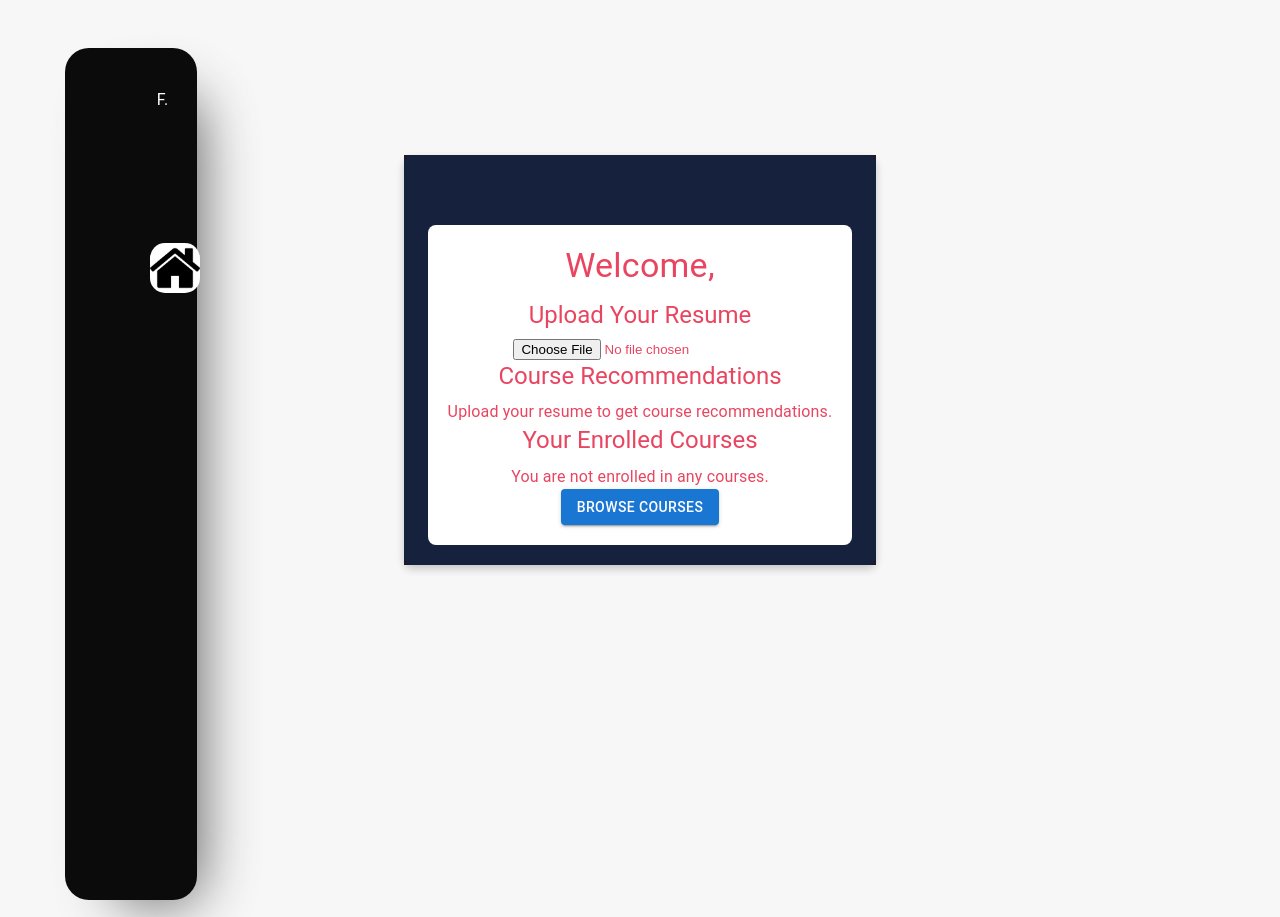
Repository: jvt2/OnlineCourseApp
Page: /dashboard
These files come from the project's save history. The page is drawn as it stood at one moment and after the next save; the edit follows.
The browser window is 1280 px wide. The pictures show the whole page.
The page's requests for data from a server got no answer. The project was rebuilt for these pictures with package versions that can differ from the ones it lists, and the page was loaded fresh each time. No one was signed in, and anything a server would have sent is missing. Also part of the build but not shown: src/features/auth/Register.js, src/features/auth/Login.js, src/features/courses/ResumeUpload.js, src/features/courses/CourseRecommendations.js, src/components/common/MyModal.js, src/features/courses/CourseCatalog.js, src/features/courses/CourseDetail.js, src/components/common/Navbar.js and 3 more. Imported but missing from the stored project, and not drawn on this page: src/app/reportWebVitals.

Above is the page before, as saved 2024-07-14 21:31:21.

### src/index.js
import React from 'react';
import ReactDOM from 'react-dom/client';
import { Provider } from 'react-redux';
import store from './redux/store';
import './index.css';
import App from './app/App';
import reportWebVitals from './app/reportWebVitals';

const root = ReactDOM.createRoot(document.getElementById('root'));
root.render(
  <React.StrictMode>
    <App />
  </React.StrictMode>
);

// If you want to start measuring performance in your app, pass a function
// to log results (for example: reportWebVitals(console.log))
// or send to an analytics endpoint. Learn more: https://bit.ly/CRA-vitals
reportWebVitals();

### src/redux/store.js
// src/redux/store.js

import { configureStore } from '@reduxjs/toolkit';
import userReducer from './userReducer';

const store = configureStore({
  reducer: {
    user: userReducer,
  },
});

export default store;

### src/app/App.js
import { BrowserRouter as Router, Route, Routes } from 'react-router-dom';
import React, { useState } from 'react';
import logo from '../logo.svg';
import './App.css';
import Register from '../features/auth/Register';
import Login from '../features/auth/Login';
import CourseCatalog from '../features/courses/CourseCatalog';
import CourseDetail from '../features/courses/CourseDetail';
import UserDashboard from '../features/dashboard/Dashboard';
import Navbar from '../components/common/Navbar';
import { Provider } from 'react-redux';
import store from '../redux/store'; // import your Redux store here
import Logout from '../features/auth/Logout'; // Import the Logout component
import Chatbot from '../features/chatbot/Chatbot';
import CourseRecommendations from '../features/courses/CourseRecommendations';
import axios from 'axios';
import ResumeUpload from '../features/courses/ResumeUpload';
import LandingPage from '../components/common/LandingPage';

function App() {
  const [loggedIn, setLoggedIn] = useState(false);
  const [users, setUsers] = useState([]);
  const [currentUser, setCurrentUser] = useState(null);
  const [recommendations, setRecommendations] = useState([]);

  const handleResumeUpload = (newRecommendations) => {
    console.log('New Recommendations:', newRecommendations);
    setRecommendations(newRecommendations);
  };

  const [courses, setCourses] = useState([
    {id: 1, name: 'Course 1', description: 'This is course 1'},
    {id: 2, name: 'Course 2', description: 'This is course 2'}
  ]);

  const handleRegister = async (username, password) => {
    try {
      const response = await axios.post('http://localhost:3001/register', { username, password });
      alert(response.data.message);
      // Log in the new user if registration is successful
      handleLogin(username, password);
    } catch (error) {
      alert(error.response.data.message);
    }
  };

  const handleLogin = async (username, password) => {
    try {
      const response = await axios.post('http://localhost:3001/login', { username, password });
      localStorage.setItem('token', response.data.token);
      setLoggedIn(true);
      setCurrentUser({ username });
    } catch (error) {
      alert('Login failed. Please check your username and password.');
    }
  };

  const handleEnroll = async (course) => {
    try {
      const token = localStorage.getItem('token');
      await axios.post('http://localhost:3001/enroll', { courseId: course.id }, {
        headers: { 'Authorization': `Bearer ${token}` }
      });
      setEnrolledCourses([...enrolledCourses, course]);
    } catch (error) {
      console.error('Enrollment failed', error);
    }
  };

  const [enrolledCourses, setEnrolledCourses] = useState([]);
  const [isModalOpen, setIsModalOpen] = useState(false);

  const handleSelectRecommendation = (recommendation) => {
    const newCourse = {
      id: courses.length + 1,
      name: recommendation.text,
      description: 'This is a recommended course based on your resume.'
    };

    setCourses([...courses, newCourse]);
    setEnrolledCourses([...enrolledCourses, newCourse]);
    setIsModalOpen(false);
  };

  return (
    <Provider store={store}>
      <Router>
        <div className="App">
          <Routes>
            <Route path="/" element={<LandingPage />} />
            <Route path="/register" element={<Register />} />
            <Route path="/login" element={<Login />} />
            <Route path="/dashboard" element={<UserDashboard />} /> {/* Added this line */}
          </Routes>
        </div>
      </Router>
    </Provider>
  );
}

export default App;

### src/redux/userReducer.js
// src/redux/userReducer.js
// src/redux/userReducer.js
import { createSlice } from '@reduxjs/toolkit';

const initialState = {
  id: null,
  email: null,
  token: null,
};

const userSlice = createSlice({
  name: 'user',
  initialState,
  reducers: {
    logIn(state, action) {
      state.id = action.payload.id;
      state.email = action.payload.email;
      state.token = action.payload.token;
    },
    logOut(state) {
      state.id = null;
      state.email = null;
      state.token = null;
    },
  },
});

export const { logIn, logOut } = userSlice.actions;
export default userSlice.reducer;

### src/app/App.css
/* App.css */
:root {
  --primary-bg-color: #1E1E2F;
  --secondary-bg-color: #282840;
  --primary-text-color: #F5F5F5;
  --link-color: #61dafb;
  --accent-color: #FF6B6B;
  --navbar-height: 4rem;
  --content-padding: 20px;
  --border-radius: 8px;
  --transition-duration: 0.3s;
  --gradient-bg-color: linear-gradient(120deg, #84fab0 0%, #8fd3f4 100%);
}

.App {
  text-align: center;
  font-family: 'Arial', sans-serif;
  background-color: var(--primary-bg-color);
}

.App-logo {
  height: 40vmin;
  pointer-events: none;
  filter: drop-shadow(0 0 10px var(--accent-color));
}

.App-header {
  background-color: var(--secondary-bg-color);
  min-height: 100vh;
  display: flex;
  flex-direction: column;
  align-items: center;
  justify-content: center;
  font-size: calc(10px + 2vmin);
  color: var(--primary-text-color);
  border-bottom-left-radius: var(--border-radius);
  border-bottom-right-radius: var(--border-radius);
}

.App-link {
  color: var(--link-color);
  transition: color var(--transition-duration);
}

.App-link:hover {
  color: var(--accent-color);
}

@media (prefers-reduced-motion: no-preference) {
  .App-logo {
    animation: App-logo-spin infinite 20s linear;
  }
}

@keyframes App-logo-spin {
  from {
    transform: rotate(0deg);
  }
  to {
    transform: rotate(360deg);
  }
}

.site-navbar {
  display: flex;
  align-items: center;
  background: var(--gradient-bg-color);
  padding: 10px 20px;
  height: var(--navbar-height);
  font-weight: 500;
  box-shadow: 0 4px 6px rgba(0, 0, 0, 0.1);
}

.navbar-nav {
  display: flex;
  align-items: center;
  list-style: none;
  margin: 0;
  padding: 0;
  flex-grow: 1;
  justify-content: center;
}

.nav-item {
  display: flex;
  align-items: center;
  justify-content: center;
  text-decoration: none;
  color: var(--primary-text-color);
  padding: 15px 25px;
  transition: all 0.3s ease-in-out;
  border-radius: var(--border-radius);
  position: relative;
}

.nav-item:before {
  content: '';
  position: absolute;
  top: 0;
  left: 0;
  width: 0;
  height: 100%;
  background: var(--accent-color);
  border-radius: var(--border-radius);
  transition: width 0.3s ease-in-out;
  z-index: -1;
}

.nav-item:hover:before {
  width: 100%;
}

.nav-item:hover {
  color: var(--secondary-bg-color);
  box-shadow: 0 4px 8px rgba(0, 0, 0, 0.2);
  text-decoration: none;
}

.navbar-brand {
  margin-right: auto;
  color: var(--primary-text-color);
  font-size: 1.5em;
  font-weight: bold;
}

.App-content {
  padding: var(--content-padding);
  color: var(--primary-text-color);
}

.App-footer {
  text-align: center;
  padding: var(--content-padding);
  background-color: var(--secondary-bg-color);
  color: var(--primary-text-color);
  box-shadow: 0 -4px 6px rgba(0, 0, 0, 0.1);
}

.course-recommendations {
  width: 80%;
  margin: auto;
  background: #f9f9f9;
  padding: 20px;
  border-radius: 5px;
  box-shadow: 0px 0px 10px rgba(0, 0, 0, 0.1);
}

.course-recommendations h2 {
  text-align: center;
  color: #333;
}

.course-recommendations .course {
  padding: 10px 0;
  border-bottom: 1px solid #eee;
}

.course-recommendations .course:last-child {
  border-bottom: none;
}

.course-recommendations .course button {
  margin-left: 10px;
}

body {
  background-color: #1a1a2e;
  color: #e94560;
}

.MuiContainer-root {
  background-color: #16213e;
  border-radius: 8px;
  padding: 20px;
  box-shadow: 0 4px 8px rgba(0, 0, 0, 0.2);
}

.customTextField .MuiInputBase-input {
  color: #fff;
  background-color: rgba(255, 255, 255, 0.1);
}

.customTextField .MuiInputLabel-root {
  color: rgba(255, 255, 255, 0.7);
}

.customTextField .MuiInputLabel-root.Mui-focused {
  color: #fff;
}

.customTextField .MuiOutlinedInput-root {
  &.Mui-focused .MuiOutlinedInput-notchedOutline {
    border-color: #fff;
  }
  & .MuiOutlinedInput-notchedOutline {
    border-color: rgba(255, 255, 255, 0.5);
  }
}

### src/features/auth/Logout.js
// Logout.js
import { useEffect } from 'react';
import { useDispatch } from 'react-redux';
import { useNavigate } from 'react-router-dom';
import { logOut } from '../../redux/reducers/userslice'; // Import the logOut action

function Logout() {
  const navigate = useNavigate();
  const dispatch = useDispatch();

  useEffect(() => {
    localStorage.removeItem('token'); // Remove the token from local storage
    dispatch(logOut()); // Dispatch the logOut action
    navigate('/login'); // Navigate to the login page
  }, [dispatch, navigate]);

  return null;
}

export default Logout;

### src/components/common/LandingPage.css
body {
    display: flex;
    justify-content: center;
    align-items: center;
    height: 100vh;
    background-color: #f7f7f7;
    margin: 0;
    font-family: 'Roboto', sans-serif;
  }

  .sign-in-container {
    display: flex;
    justify-content: center;
    align-items: center;
    height: 100%;
    width: 100%;
  }

  .sign-in-form {
    background-color: white;
    padding: 60px;
    border-radius: 10px;
    box-shadow: 0 4px 8px rgba(0, 0, 0, 0.1);
    text-align: center;
    max-width: 600px;
    width: 90%;
  }

  .logo {
    width: 200px;
    height: 200px;
    margin-bottom: 30px;
    background-color: white;
    border-radius: 10px;
  }

  h1 {
    margin: 0;
    font-size: 32px;
    font-weight: 700;
  }

  .subtitle {
    margin: 10px 0;
    color: #555;
    font-size: 18px;
  }

  .google-sign-in {
    background-color: #ffffff;
    color: #000;
    border: 1px solid #ccc;
    padding: 15px;
    width: 100%;
    border-radius: 5px;
    margin-bottom: 30px;
    display: flex;
    justify-content: center;
    align-items: center;
    cursor: pointer;
    font-size: 18px;
    font-weight: 500;
    transition: background-color 0.3s;
  }

  .google-sign-in:hover {
    background-color: #f0f0f0;
  }

  .google-logo {
    width: 25px;
    margin-right: 10px;
  }

  .separator {
    display: flex;
    align-items: center;
    text-align: center;
    margin: 30px 0;
    color: #aaa;
    font-size: 18px;
  }

  .separator::before,
  .separator::after {
    content: '';
    flex: 1;
    border-bottom: 1px solid #ccc;
  }

  .separator:not(:empty)::before {
    margin-right: .5em;
  }

  .separator:not(:empty)::after {
    margin-left: .5em;
  }

  .email-input,
  .password-input {
    width: 100%;
    padding: 15px;
    margin-bottom: 30px;
    border: 1px solid #ccc;
    border-radius: 5px;
    font-size: 18px;
    transition: border-color 0.3s;
  }

  .email-input:focus,
  .password-input:focus {
    border-color: #007bff;
    outline: none;
  }

  .continue-button {
    background-color: #9b51e0;
    color: white;
    border: none;
    padding: 15px;
    width: 100%;
    border-radius: 5px;
    font-size: 18px;
    font-weight: 500;
    cursor: pointer;
    transition: background-color 0.3s;
    margin-bottom: 10px; /* Add margin to separate the buttons */
  }

  .continue-button:hover {
    background-color: #7a3bc0;
  }

  .email-error {
    color: red;
    margin-top: 10px;
    font-size: 14px;
  }


  .back-button {
    background-color: #ccc;
    color: white;
    border: none;
    padding: 15px;
    width: 100%;
    border-radius: 5px;
    font-size: 18px;
    font-weight: 500;
    cursor: pointer;
    transition: background-color 0.3s;
    margin-bottom: 10px; /* Add margin to separate the buttons */
  }

  .back-button:hover {
    background-color: #aaa;
  }

  .sign-up-link {
    margin-top: 30px;
    color: #aaa;
    font-size: 18px;
  }

  .sign-up-link a {
    color: #9b51e0;
    text-decoration: none;
  }

  .sign-up-link a:hover {
    text-decoration: underline;
  }

### src/features/dashboard/Dashboard.css
/* Dashboard CSS */

/* General styles for the dashboard */
.dashboard-container {
    background: #FFFFFF;
    padding: 20px;
    border-radius: 8px;
    margin-top: 50px;
    text-align: center;
  }

  /* Sidebar styles */
  .sidebar {
    position: absolute;
    width: 132px;
    height: 853.12px;
    left: 32.34px;
    top: 24.02px;
    display: flex;
    flex-direction: column;
    align-items: center;
    justify-content: space-around; /* Evenly distribute space around the items */
    padding: 20px 0;
  }

  .sidebar-blur {
    position: absolute;
    width: 81.01px;
    height: 804px;
    left: 83.32px;
    top: 73.14px;
    background: #0C0B0B;
    opacity: 0.7;
    filter: blur(30px);
    border-radius: 24px;
  }

  .sidebar-main {
    position: absolute;
    width: 132px;
    height: 852px;
    left: 32.34px;
    top: 24.02px;
    background: #0C0B0B;
    border-radius: 24px;
  }

  .sidebar-logo {
    position: absolute;
    width: 47px;
    height: 102px;
    left: 74.46px;
    top: 39.67px;
    font-family: 'Baloo Bhai';
    font-style: normal;
    font-weight: 400;
    font-size: 64px;
    line-height: 102px;
    color: #FFFFFF;
    margin-bottom: 40px; /* Adjust as needed */
  }

  .sidebar-icon {
    position: absolute;
    width: 26px;
    height: 26px;
    left: 85.15px;
    margin-bottom: 30px; /* Adjust as needed */
  }

  .sidebar-icon.icon-home {
    width: 50px;
    height: 50px;
    background-image: url('/public/assets/home-icon-1.png');
    border-radius: 30%;
    display: flex;
    justify-content: center;
    margin: auto;
    align-items: center;
    background-size: contain;
    background-repeat: no-repeat;
    top:22.84%;
  }

  .icon-graduation {
    top: 32.84%;
    background-position: center;
  }

  .icon-user {
    top: 42.46%;
    background-position: center;
  }

  .icon-message {
    top: 52.44%;
    background-position: center;
  }

  .icon-settings {
    top: 62.11%;
  }

  .icon-logout {
    top: 89.95%;
    background-position: center;
  }

  .icon-background {
    background: #FFFFFF;
    background-position: center;
  }

### src/redux/reducers/userslice.js
import { createSlice } from '@reduxjs/toolkit';

const userSlice = createSlice({
  name: 'user',
  initialState: { name: '', loggedIn: false },
  reducers: {
    logIn: (state, action) => {
      state.name = action.payload.name;
      state.loggedIn = true;
    },
    logOut: (state) => {
      state.name = '';
      state.loggedIn = false;
    }
  }
});

export const { logIn, logOut } = userSlice.actions;
export default userSlice.reducer;

Loaded but not shown: public/index.html (common file); src/index.css (common file); src/features/dashboard/Dashboard.js (129 lines, source omitted)

After the next save:
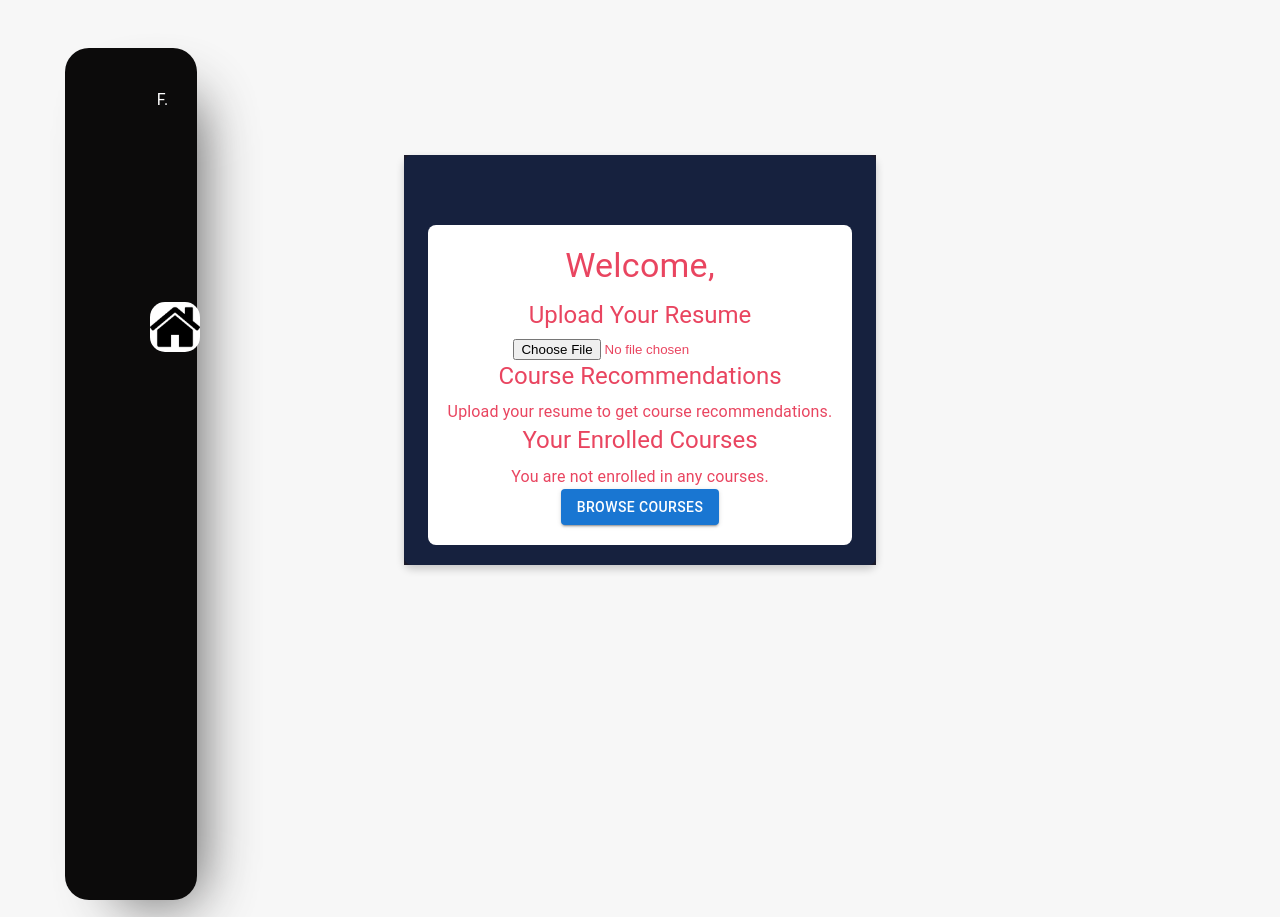
Saved 12 s later.
--- a/src/features/dashboard/Dashboard.css
+++ b/src/features/dashboard/Dashboard.css
@@ -79,7 +79,7 @@
     align-items: center;
     background-size: contain;
     background-repeat: no-repeat;
-    top:22.84%;
+    top:29.84%;
   }
 
   .icon-graduation {

After the save that followed:
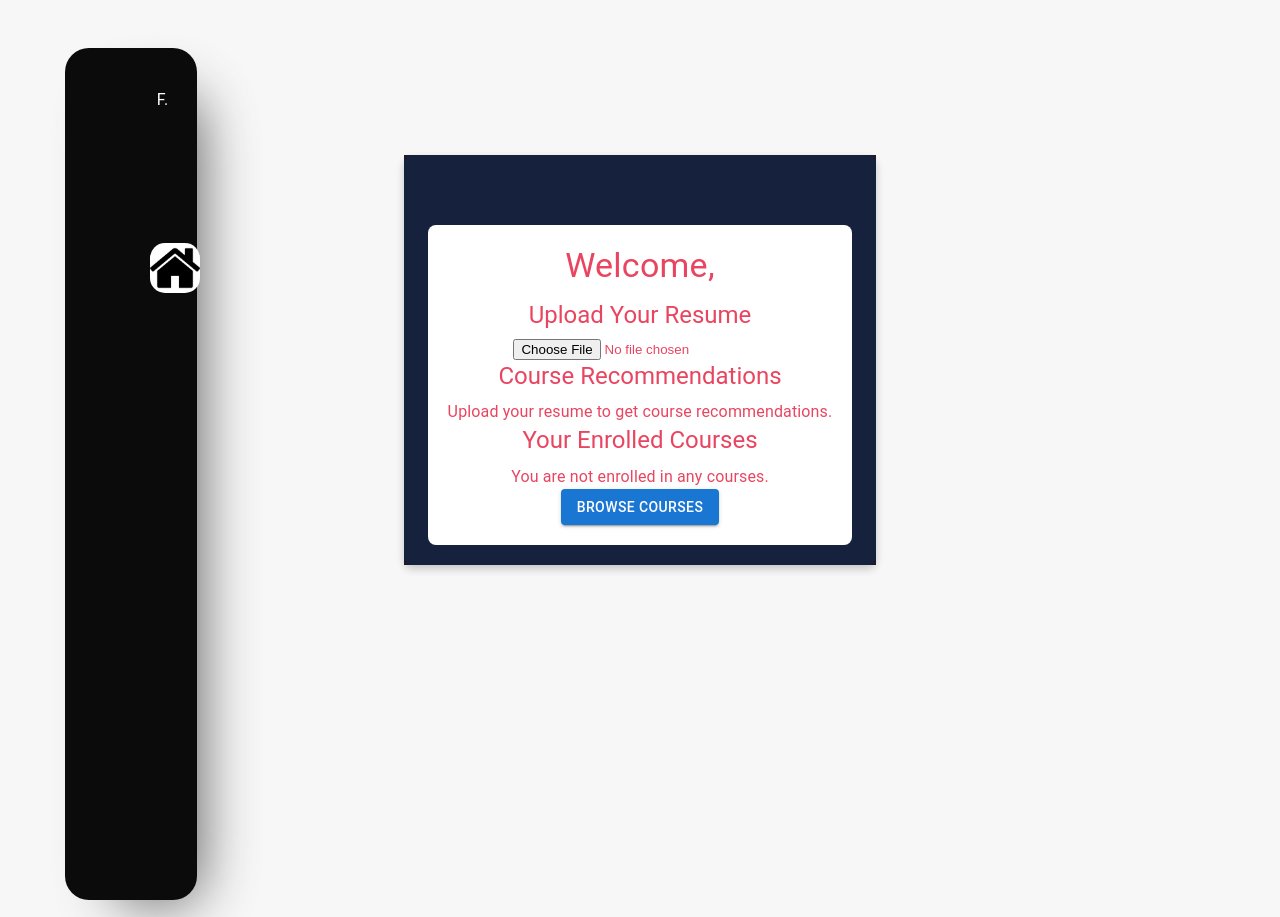
Saved 4 s later.
--- a/src/features/dashboard/Dashboard.css
+++ b/src/features/dashboard/Dashboard.css
@@ -79,7 +79,7 @@
     align-items: center;
     background-size: contain;
     background-repeat: no-repeat;
-    top:29.84%;
+    top:22.84%;
   }
 
   .icon-graduation {
